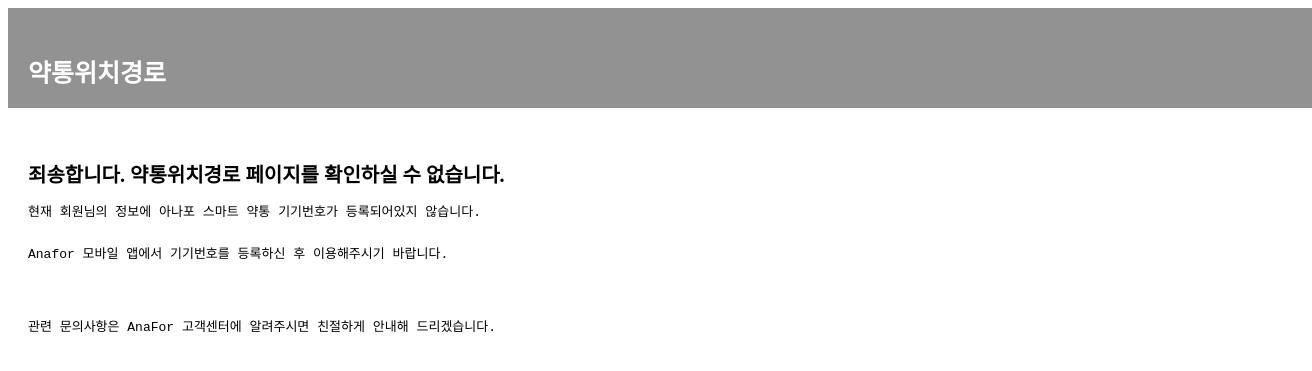
Repository: euzny/Spring-Website
Page: http://localhost/anafor/WEB-INF/views/my_info/notAccept.jsp
The author's editor kept a copy of each file at every save. The page is drawn from the files as they stood at one save, then again after the next save.
The browser window is 1280 px wide. The page is 1312 px wide, so the pictures cover 1312 px, including what lies to the right of the window. The pictures show the whole page.
The page is served by Tomcat 9. Nobody is signed in. Other server files are loaded and not shown. The template is opened directly, without the code that normally fills it, so the values that code supplies are empty.

Above is the page before, as saved 2022-06-23 02:07:23.

### Workspace/anafor/src/main/webapp/WEB-INF/views/my_info/notAccept.jsp
<%@ page language="java" contentType="text/html; charset=UTF-8"
    pageEncoding="UTF-8"%>
<!DOCTYPE html>
<html>
<head>
<meta charset="UTF-8">
<title>Insert title here</title>
<style>
 	#header {
	   width:100%;
	   height:60px;
	   padding: 20px;
	   background-color:#929292;
	   border-bottom: 1px solid white;
	}
	#header h3{
	   font-size: 25px;
	   font-weight: bold;
	   text-align: left;
	   color: white;
	}

	#notice{
		width : 80%;
		text-align:left;
		margin:50px 0px 0px 20px;
	}
	#notice h3{
	   font-size: 20px;
	   font-weight:600;
	   margin-bottom:5px;
	}
	#notice pre{
		padding-bottom:10px;
	}
   	</style>
</head>
<body>
<div id="header">
  	<h3>약통위치경로</h3>
</div>
<div id="notice">
	<h3>죄송합니다. 약통위치경로 페이지를 확인하실 수 없습니다.</h3>
		<pre>현재 회원님의 정보에 아나포 스마트 약통 기기번호가 등록되어있지 않습니다.</pre>
		<pre>Anafor 모바일 앱에서 기기번호를 등록하신 후 이용해주시기 바랍니다.</pre>
		<br>
		<pre>관련 문의사항은 AnaFor 고객센터에 알려주시면 친절하게 안내해 드리겠습니다.</pre>
</div>
</body>
</html>

After the next save:
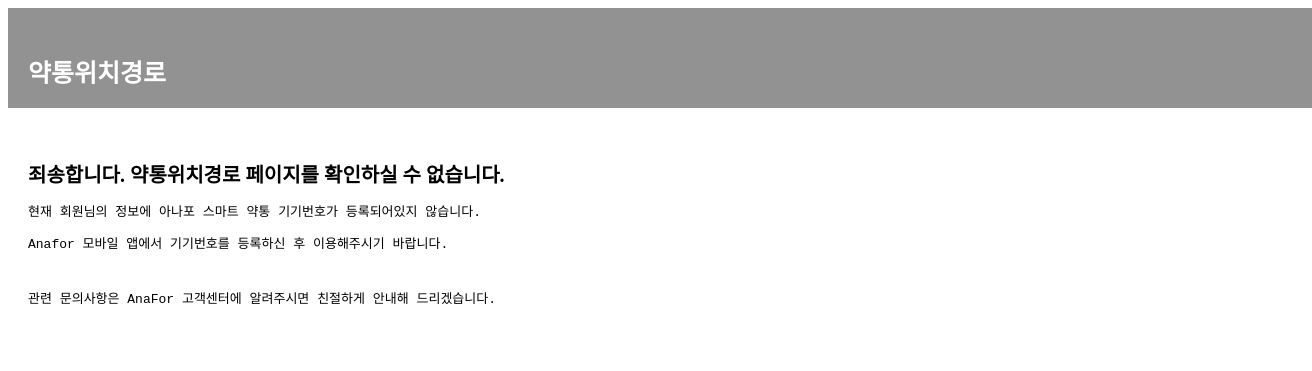
Saved 8 s later.
--- a/Workspace/anafor/src/main/webapp/WEB-INF/views/my_info/notAccept.jsp
+++ b/Workspace/anafor/src/main/webapp/WEB-INF/views/my_info/notAccept.jsp
@@ -31,7 +31,7 @@
 	   margin-bottom:5px;
 	}
 	#notice pre{
-		padding-bottom:10px;
+		margin-bottom:5px;
 	}
    	</style>
 </head>
